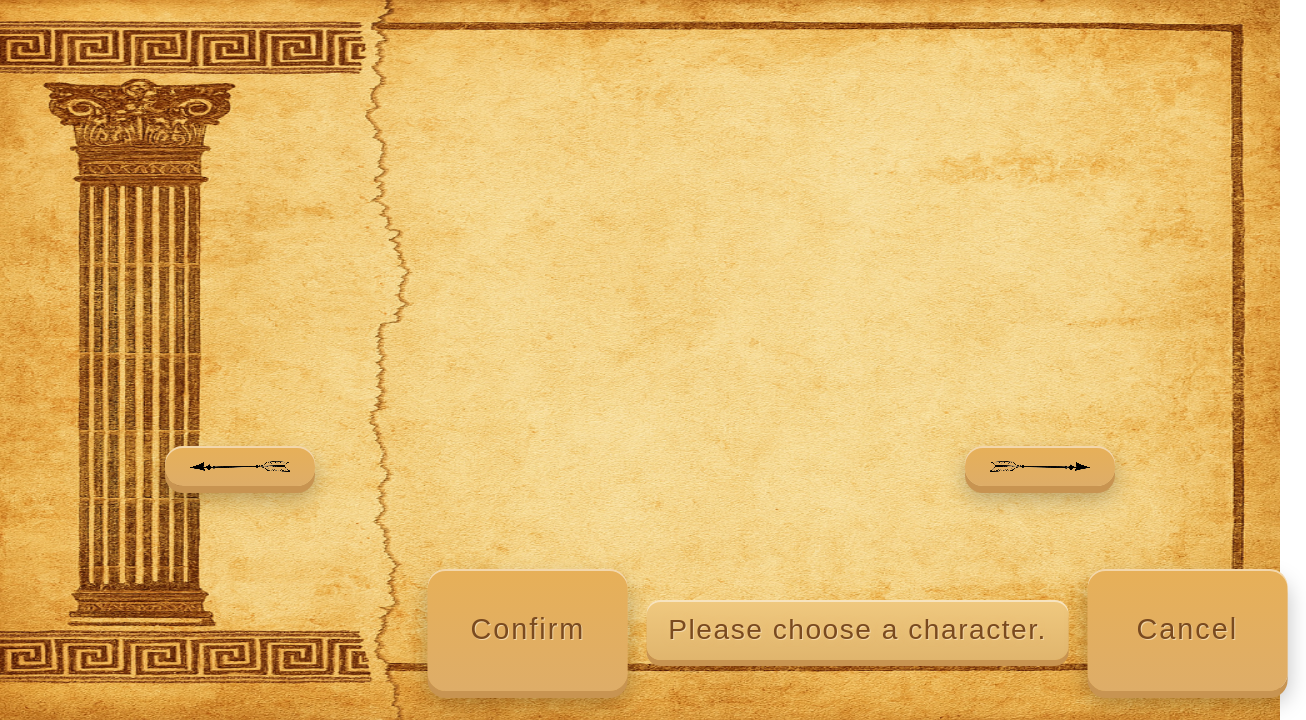
Repository: brianabariteau/Web-1-Final-Project-2025
Page: features/character-selection/character-selection.html
The author's editor kept a copy of each file at every save. The page is drawn from the files as they stood at one save, then again after the next save.
The browser window is 1280 px wide. The page is 1306 px wide, then 1280 px, so the pictures cover 1306 px, including what lies to the right of the window. The pictures show the whole page.
The page's requests for data from a server got no answer. Some web fonts or font styles are not loaded; a fallback is used.

Above is the page before, as saved 2025-12-21 23:55:22.

After the next save:
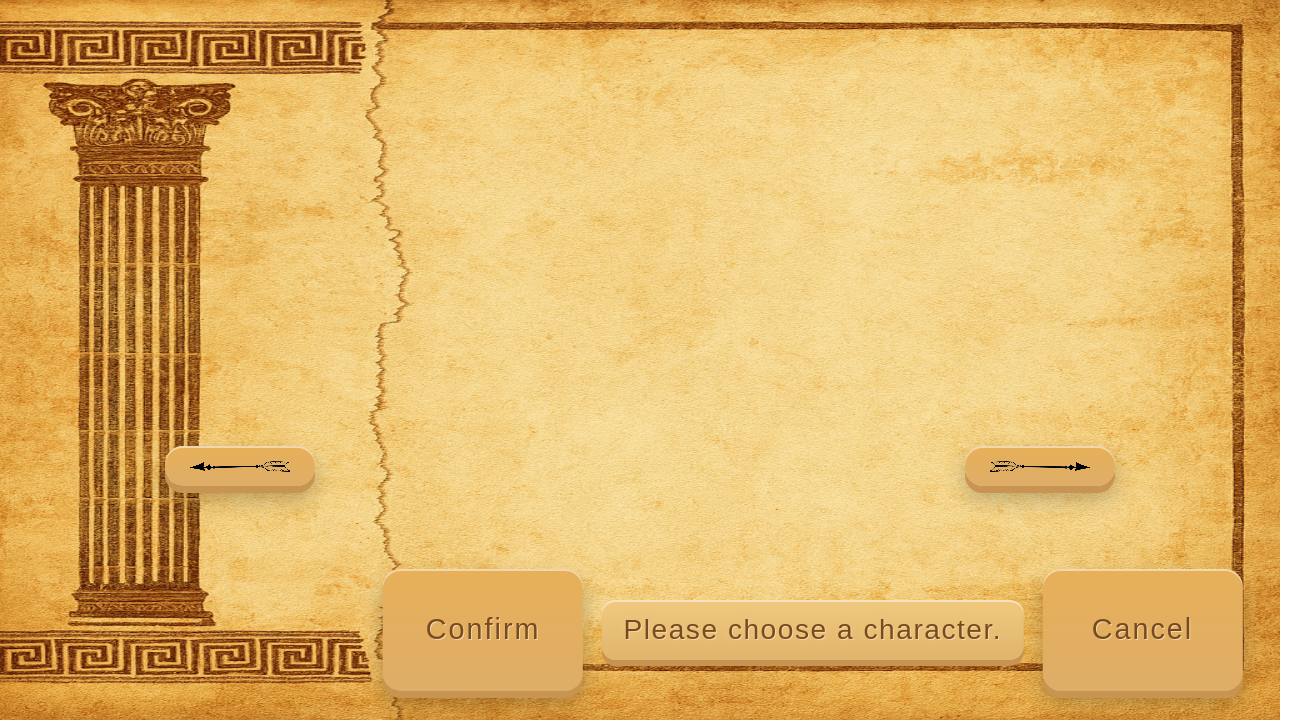
Saved 7 s later.
--- a/features/character-selection/character-selection.css
+++ b/features/character-selection/character-selection.css
@@ -223,7 +223,7 @@ body {
   bottom: 4%;
   left: 60%;
   /*transform: translateX(-30%);  center horizontally */
-  transform: translateX(-40%);
+  transform: translateX(-45%);
 
   width: min(70vw, 900px);
   /*width: 40%;  adjust width as needed */
